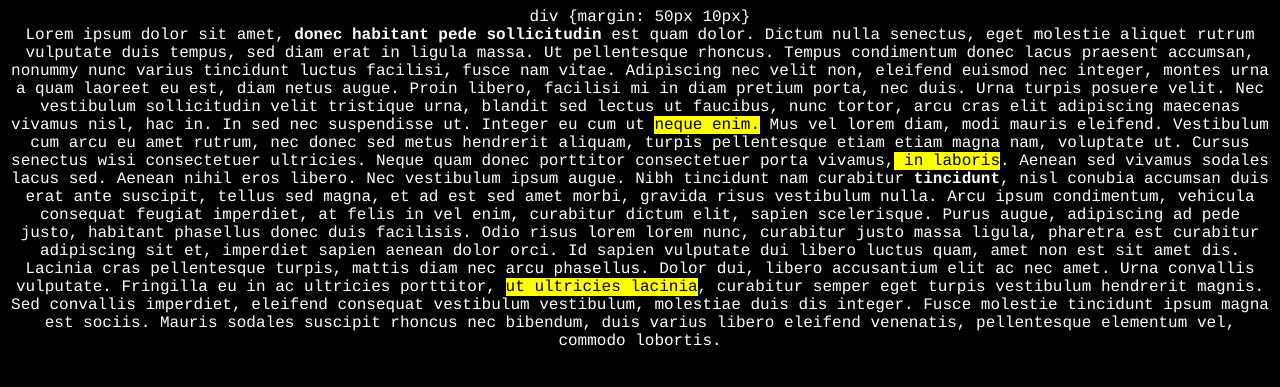
Repository: diasm568/diasm568.github.io
Page: lab/composition.html
The author's editor kept a record of every edit. The page is drawn from the files as they stood at one moment, then again after the next edit.
The browser window is 1280 px wide. The pictures show the whole page.

Above is the page before.

### lab/composition.html
<center>
<body bgcolor="black">
<font color="white">
<font face="courier" color="white">
div {margin: 50px 10px}
<div>Lorem ipsum dolor sit amet, <strong>donec habitant pede sollicitudin</strong> est quam dolor. Dictum nulla senectus, eget molestie aliquet rutrum vulputate duis tempus, sed diam erat in ligula massa. Ut pellentesque rhoncus. Tempus condimentum donec lacus praesent accumsan, nonummy nunc varius tincidunt luctus facilisi, fusce nam vitae. Adipiscing nec velit non, eleifend euismod nec integer, montes urna a quam laoreet eu est, diam netus augue. Proin libero, facilisi mi in diam pretium porta, nec duis. Urna turpis posuere velit. Nec vestibulum sollicitudin velit tristique urna, blandit sed lectus ut faucibus, nunc tortor, arcu cras elit adipiscing maecenas vivamus nisl, hac in. In sed nec suspendisse ut.
Integer eu cum ut <mark>neque enim.</mark> Mus vel lorem diam, modi mauris eleifend. Vestibulum cum arcu eu amet rutrum, nec donec sed metus hendrerit aliquam, turpis pellentesque etiam etiam magna nam, voluptate ut. Cursus senectus wisi consectetuer ultricies. Neque quam donec porttitor consectetuer porta vivamus,<mark> in laboris</mark>. Aenean sed vivamus sodales lacus sed. Aenean nihil eros libero. Nec vestibulum ipsum augue.
Nibh tincidunt nam curabitur <strong>tincidunt</strong>, nisl conubia accumsan duis erat ante suscipit, tellus sed magna, et ad est sed amet morbi, gravida risus vestibulum nulla. Arcu ipsum condimentum, vehicula consequat feugiat imperdiet, at felis in vel enim, curabitur dictum elit, sapien scelerisque. Purus augue, adipiscing ad pede justo, habitant phasellus donec duis facilisis. Odio risus lorem lorem nunc, curabitur justo massa ligula, pharetra est curabitur adipiscing sit et, imperdiet sapien aenean dolor orci. Id sapien vulputate dui libero luctus quam, amet non est sit amet dis. Lacinia cras pellentesque turpis, mattis diam nec arcu phasellus. Dolor dui, libero accusantium elit ac nec amet.
Urna convallis vulputate. Fringilla eu in ac ultricies porttitor, <mark>ut ultricies lacinia</mark>, curabitur semper eget turpis vestibulum hendrerit magnis. Sed convallis imperdiet, eleifend consequat vestibulum vestibulum, molestiae duis dis integer. Fusce molestie tincidunt ipsum magna est sociis. Mauris sodales suscipit rhoncus nec bibendum, duis varius libero eleifend venenatis, pellentesque elementum vel, commodo lobortis.
</font>
</body>
</center>

After the next edit:
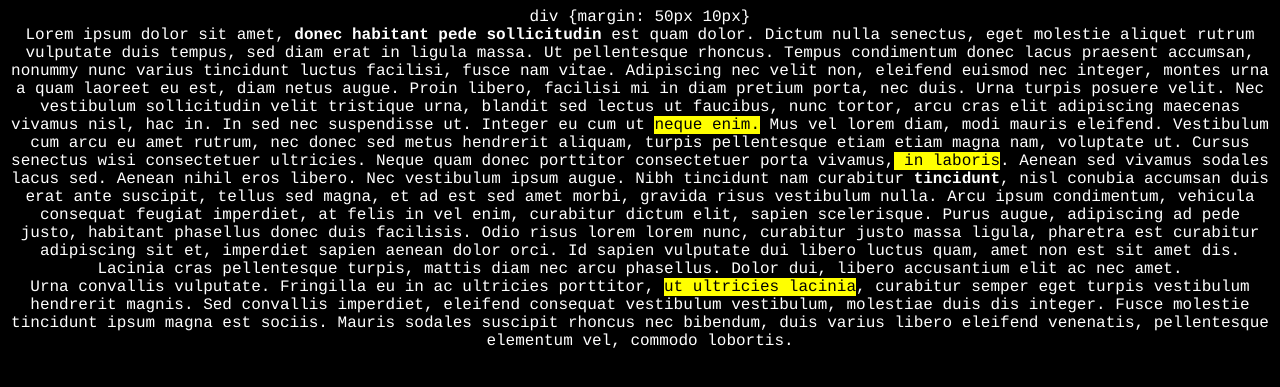
The edit:
--- a/lab/composition.html
+++ b/lab/composition.html
@@ -5,7 +5,7 @@
 div {margin: 50px 10px}
 <div>Lorem ipsum dolor sit amet, <strong>donec habitant pede sollicitudin</strong> est quam dolor. Dictum nulla senectus, eget molestie aliquet rutrum vulputate duis tempus, sed diam erat in ligula massa. Ut pellentesque rhoncus. Tempus condimentum donec lacus praesent accumsan, nonummy nunc varius tincidunt luctus facilisi, fusce nam vitae. Adipiscing nec velit non, eleifend euismod nec integer, montes urna a quam laoreet eu est, diam netus augue. Proin libero, facilisi mi in diam pretium porta, nec duis. Urna turpis posuere velit. Nec vestibulum sollicitudin velit tristique urna, blandit sed lectus ut faucibus, nunc tortor, arcu cras elit adipiscing maecenas vivamus nisl, hac in. In sed nec suspendisse ut.
 Integer eu cum ut <mark>neque enim.</mark> Mus vel lorem diam, modi mauris eleifend. Vestibulum cum arcu eu amet rutrum, nec donec sed metus hendrerit aliquam, turpis pellentesque etiam etiam magna nam, voluptate ut. Cursus senectus wisi consectetuer ultricies. Neque quam donec porttitor consectetuer porta vivamus,<mark> in laboris</mark>. Aenean sed vivamus sodales lacus sed. Aenean nihil eros libero. Nec vestibulum ipsum augue.
-Nibh tincidunt nam curabitur <strong>tincidunt</strong>, nisl conubia accumsan duis erat ante suscipit, tellus sed magna, et ad est sed amet morbi, gravida risus vestibulum nulla. Arcu ipsum condimentum, vehicula consequat feugiat imperdiet, at felis in vel enim, curabitur dictum elit, sapien scelerisque. Purus augue, adipiscing ad pede justo, habitant phasellus donec duis facilisis. Odio risus lorem lorem nunc, curabitur justo massa ligula, pharetra est curabitur adipiscing sit et, imperdiet sapien aenean dolor orci. Id sapien vulputate dui libero luctus quam, amet non est sit amet dis. Lacinia cras pellentesque turpis, mattis diam nec arcu phasellus. Dolor dui, libero accusantium elit ac nec amet.
+Nibh tincidunt nam curabitur <strong>tincidunt</strong>, nisl conubia accumsan duis erat ante suscipit, tellus sed magna, et ad est sed amet morbi, gravida risus vestibulum nulla. Arcu ipsum condimentum, vehicula consequat feugiat imperdiet, at felis in vel enim, curabitur dictum elit, sapien scelerisque. Purus augue, adipiscing ad pede justo, habitant phasellus donec duis facilisis. Odio risus lorem lorem nunc, curabitur justo massa ligula, pharetra est curabitur adipiscing sit et, imperdiet sapien aenean dolor orci. Id sapien vulputate dui libero luctus quam, amet non est sit amet dis. Lacinia cras pellentesque turpis, mattis diam nec arcu phasellus. Dolor dui, libero accusantium elit ac nec amet.</div>
 Urna convallis vulputate. Fringilla eu in ac ultricies porttitor, <mark>ut ultricies lacinia</mark>, curabitur semper eget turpis vestibulum hendrerit magnis. Sed convallis imperdiet, eleifend consequat vestibulum vestibulum, molestiae duis dis integer. Fusce molestie tincidunt ipsum magna est sociis. Mauris sodales suscipit rhoncus nec bibendum, duis varius libero eleifend venenatis, pellentesque elementum vel, commodo lobortis.
 </font>
 </body>
